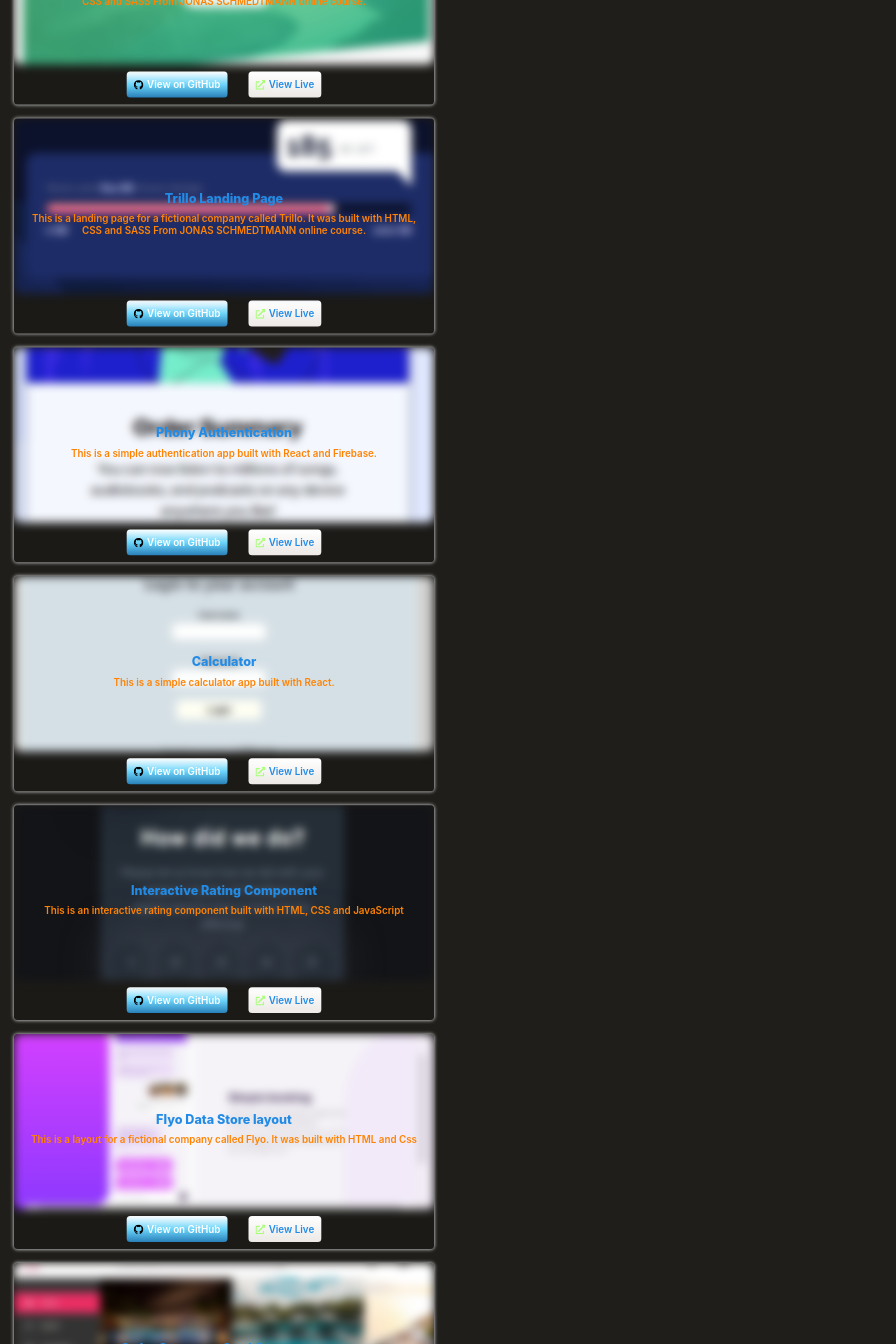
Repository: MikkyPrestige/portfolio
Page: /projects
These files come from the project's save history. The page is drawn as it stood at one moment and after the next save; the edit follows.
The browser window is 1280 px wide. The pictures show the part of the page from y = 1566 to 3486 px (the page is 4351 px tall), at 70% of full size.
The project was rebuilt for these pictures with package versions that can differ from the ones it lists, and the page was loaded fresh each time. Also part of the build but not shown: src/components/avatar.jsx, src/components/home.jsx, src/components/about.jsx, src/components/fallback.jsx.

Above is the page before, as saved 2023-02-21 20:03:29.

After the next save:
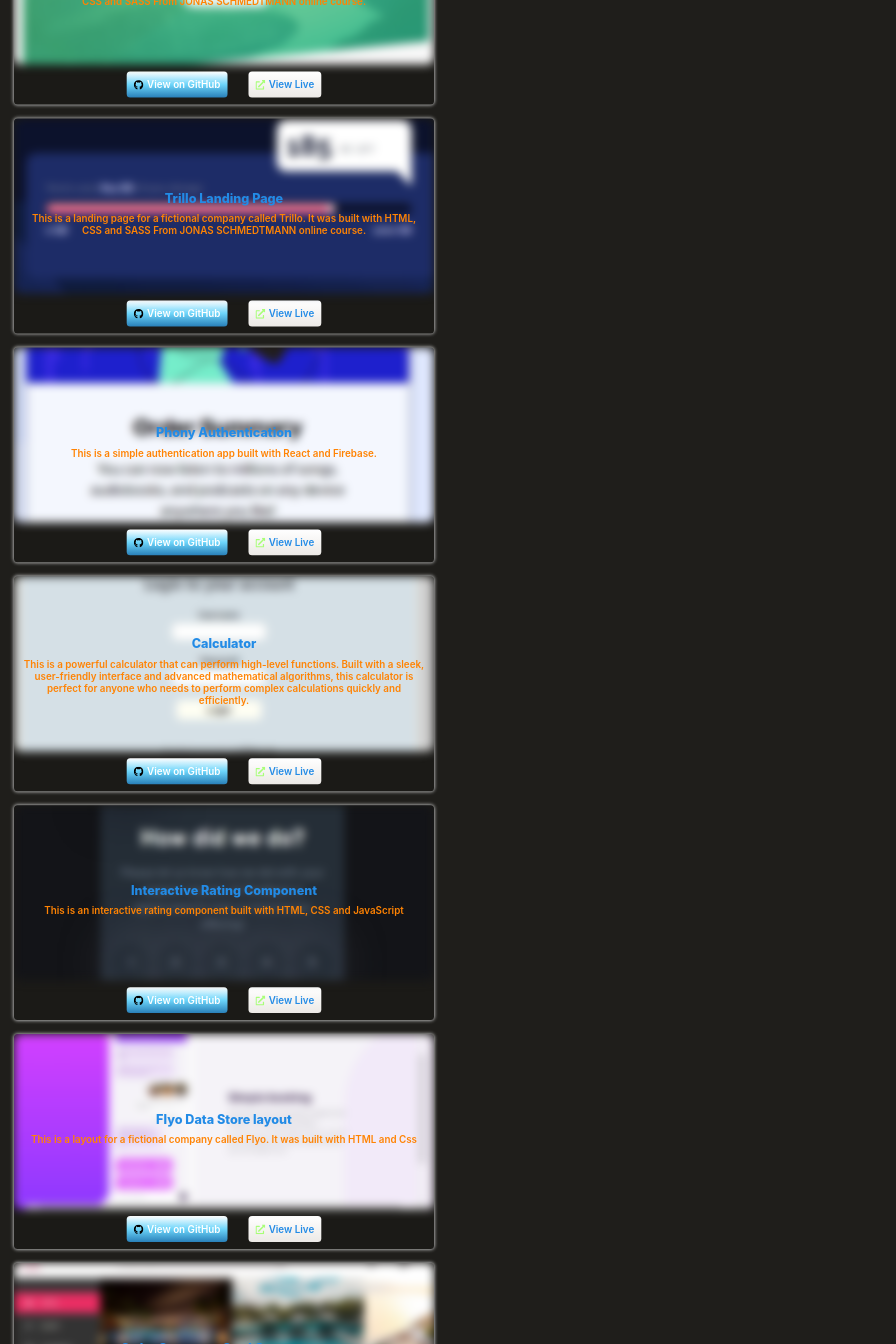
Saved 9 min 33 s later.
--- a/src/components/projects.jsx
+++ b/src/components/projects.jsx
@@ -237,7 +237,9 @@
           <div className="project--card__content">
             <h2 className="project--card__content__title">Calculator</h2>
             <p className="project--card__content__desc">
-              This is a simple calculator app built with React.
+            This is a powerful calculator that can perform high-level functions. Built with a sleek, user-friendly interface and advanced mathematical algorithms, this calculator is perfect for anyone who needs to perform complex calculations quickly and efficiently.
+
+
             </p>
           </div>
           <div className="project--card__links">
